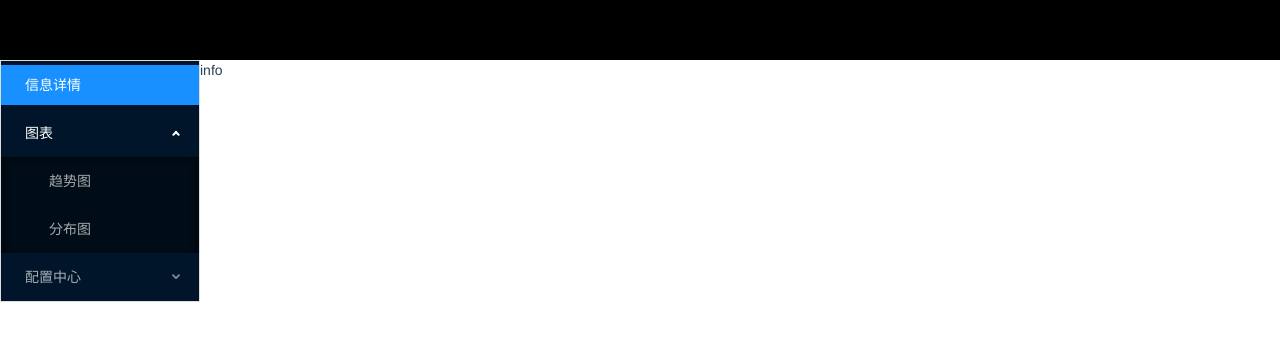
Repository: zhongdm/vue-vuex-antd
Page: /#/
These files come from the project's save history. The page is drawn as it stood at one moment and after the next save; the edit follows.
The browser window is 1280 px wide. The pictures show the whole page.
The project was rebuilt for these pictures with package versions that can differ from the ones it lists, and the page was loaded fresh each time.

Above is the page before, as saved 2019-03-15 09:51:54.

### index.html
<!DOCTYPE html>
<html>
  <head>
    <meta charset="utf-8">
    <meta name="viewport" content="width=device-width,initial-scale=1.0">
    <title>vue-vuex-antd</title>
  </head>
  <body>
    <div id="app"></div>
    <!-- built files will be auto injected -->
  </body>
</html>

### src/main.js
// The Vue build version to load with the `import` command
// (runtime-only or standalone) has been set in webpack.base.conf with an alias.
import Vue from 'vue'
import App from './App'
import router from './router'
import TestPlugin from './plugins-custom/TestPlugin'
import Antd from 'ant-design-vue'
import 'ant-design-vue/dist/antd.css'

Vue.config.productionTip = false
Vue.use(TestPlugin)
Vue.use(Antd)

/* eslint-disable no-new */
new Vue({
  el: '#app',
  router,
  components: { App },
  template: '<App/>'
})

### src/App.vue
<template>
  <div id="app">
    <router-view/>
  </div>
</template>

<script>
export default {
  name: 'App'
}
</script>

<style>
#app {
  font-family: 'Avenir', Helvetica, Arial, sans-serif;
  -webkit-font-smoothing: antialiased;
  -moz-osx-font-smoothing: grayscale;
  /* text-align: center; */
  color: #2c3e50;
  /* margin-top: 60px; */
}
</style>

### src/router/index.js
import Vue from 'vue'
import Router from 'vue-router'

Vue.use(Router)

const router = new Router({
  routes: [
    {
      path: '/login',
      name: 'Login',
      component: () => import('@/pages/Login')
    },
    {
      path: '/',
      component: () => import('@/pages/MainLayout'),
      children: [
        {
          path: '',
          component: () => import('@/pages/home/Info')
        },
        {
          path: 'settings',
          component: () => import('@/pages/settings/Settings'),
          children: [
            {
              path: '',
              redirect: 'user'
            },
            {
              path: 'user',
              name: 'User',
              component: () => import('@/pages/settings/User')
            },
            {
              path: 'role',
              name: 'Role',
              component: () => import('@/pages/settings/Role')
            }
          ]
        }
      ]
    }
  ]
})

// router.beforeEach((to, from, next) => {
//   console.log(to.path, from)
//   next()
// })
export default router

### src/plugins-custom/TestPlugin.js
let TestPlugin = {}
TestPlugin.install = function (Vue, options) {
  Vue.istest = function () {
    console.log('plugin test success')
  }
  Vue.prototype.logining = function () {
    console.log('loging')
  }
}

export default TestPlugin

### src/pages/MainLayout.vue
<template>
  <div>
    <div class="nav-container"></div>
    <!-- <a-row :gutter="16"> -->
      <!-- <a-col :xs="4" :sm="8" :md="8" :lg="8" :xl="6"> -->
        <menu-bar></menu-bar>
      <!-- </a-col> -->
      <!-- <a-col :xs="20" :sm="16" :md="16" :lg="16" :xl="18"> -->
        <router-view/>
      <!-- </a-col> -->
    <!-- </a-row> -->
  </div>
</template>

<script>
export default {
  data () {
    return {
    }
  },
  mounted () {
    // this.$router.push('/Home')
  },
  components: {
    MenuBar: () => import('@/components/MenuBar')
  }
}
</script>

<style lang="stylus" scoped>
.nav-container
  height 60px
  background #000
  width 100%
</style>

### src/pages/home/Info.vue
<template>
  <div>
    info
  </div>
</template>

### src/components/MenuBar.vue
<template>
  <!-- <a-menu
    mode="inline"
    class="menu-bar"
    theme="dark"
    :defaultSelectedKeys="['1']"
    :defaultOpenKeys="['o1']"
    :selectedKeys="[activeMenu]"
    @click="handleMenu">
    <a-menu-item key="1">信息详情</a-menu-item>
    <a-sub-menu key="o1">
      <span slot="title">图表</span>
      <a-menu-item key="2">趋势图</a-menu-item>
      <a-menu-item key="3">分布图</a-menu-item>
    </a-sub-menu>
    <a-menu-item key="4">配置中心</a-menu-item>
  </a-menu> -->
  <div>
  <a-menu
    mode="inline"
    class="menu-bar"
    theme="dark"
    :defaultSelectedKeys="['1']"
    :defaultOpenKeys="['2']"
    :selectedKeys="[activeMenu]"
    @click="handleMenu">
    <template v-for="item in menuList">
      <a-sub-menu :title="item.value" :key="item.key" v-if="item.children">
        <template v-for="subItem in item.children">
          <a-menu-item :key="subItem.key" :data-path="subItem.link">{{subItem.value}}</a-menu-item>
        </template>
    </a-sub-menu>
    <a-menu-item v-else :key="item.key" :data-path="item.link">{{item.value}}</a-menu-item>
    </template>
  </a-menu>
  </div>
</template>

<script>
export default {
  name: 'menu-bar',
  data () {
    return {
      activeMenu: '1'
    }
  },
  computed: {
    menuList () {
      return [
        {
          key: '1',
          value: '信息详情',
          selected: true,
          link: '/info'
        },
        {
          key: '2',
          value: '图表',
          open: false,
          children: [
            {
              key: '2-1',
              value: '趋势图'
            },
            {
              key: '2-2',
              value: '分布图'
            }
          ]
        },
        {
          key: '3',
          value: '配置中心',
          children: [
            {
              key: '3-1',
              value: '用户',
              link: '/settings/user'
            },
            {
              key: '3-2',
              value: '角色',
              link: '/settings/role'
            }
          ]
        }
      ]
    }
  },
  methods: {
    handleMenu (e) {
      this.activeMenu = e.key
      this.$router.push(e.domEvent.target.dataset.path)
      console.log('selected', e.domEvent.target.dataset.path)
    }
  }
}
</script>

<style lang="stylus" scoped>
.menu-bar
  border 1px solid #ddd
  width 200px
  float left
</style>

After the next save:
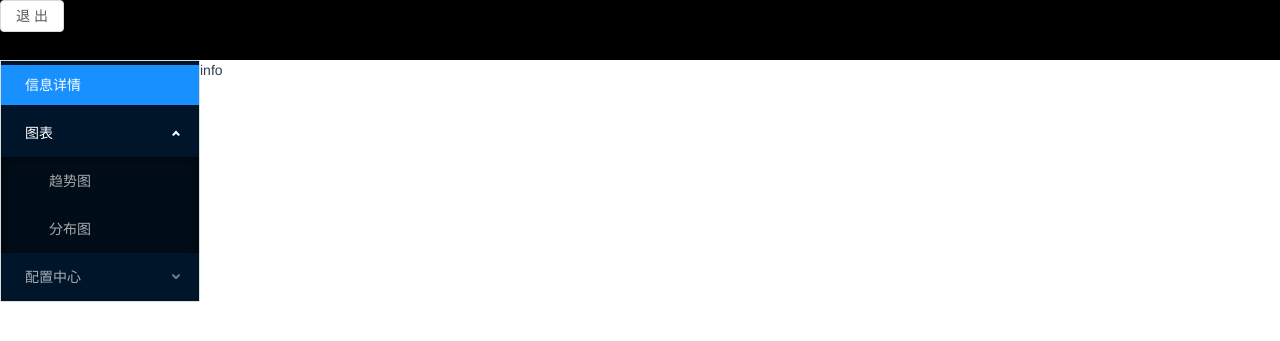
Saved 3 min 51 s later.
--- a/src/pages/MainLayout.vue
+++ b/src/pages/MainLayout.vue
@@ -1,6 +1,8 @@
 <template>
   <div>
-    <div class="nav-container"></div>
+    <div class="nav-container">
+      <a-button @click="hangleLogout">退出</a-button>
+    </div>
     <!-- <a-row :gutter="16"> -->
       <!-- <a-col :xs="4" :sm="8" :md="8" :lg="8" :xl="6"> -->
         <menu-bar></menu-bar>
@@ -23,6 +25,11 @@ export default {
   },
   components: {
     MenuBar: () => import('@/components/MenuBar')
+  },
+  methods: {
+    hangleLogout () {
+      this.$router.push('/login')
+    }
   }
 }
 </script>
